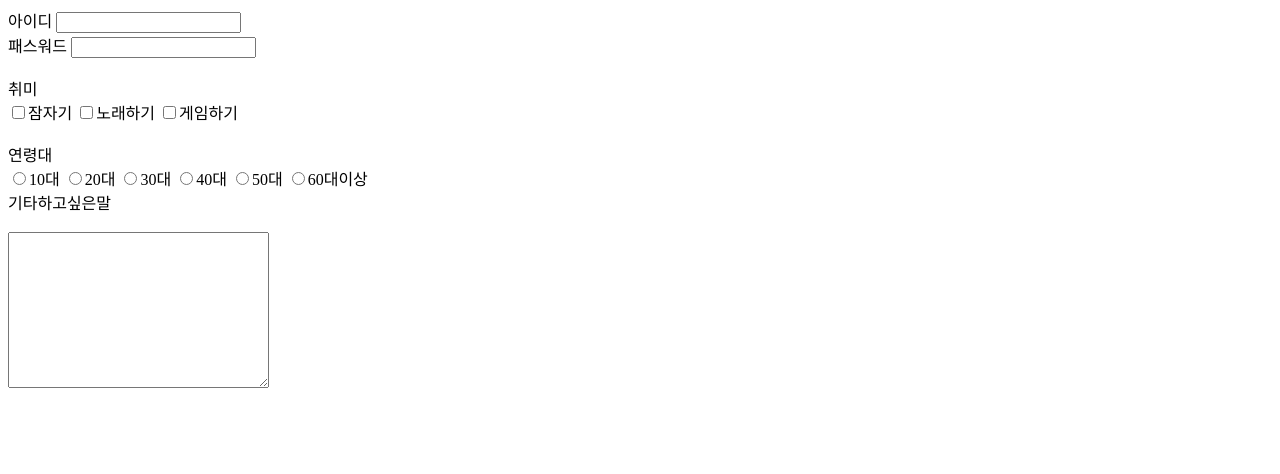
Repository: jeongho97/JSP
Page: http://localhost/JSP/insert.jsp
The author's editor kept a copy of each file at every save. The page is drawn from the files as they stood at one save, then again after the next save.
The browser window is 1280 px wide. The pictures show the whole page.
The page is served by Tomcat 9.

Above is the page before, as saved 2022-05-17 03:19:44.

After the next save:
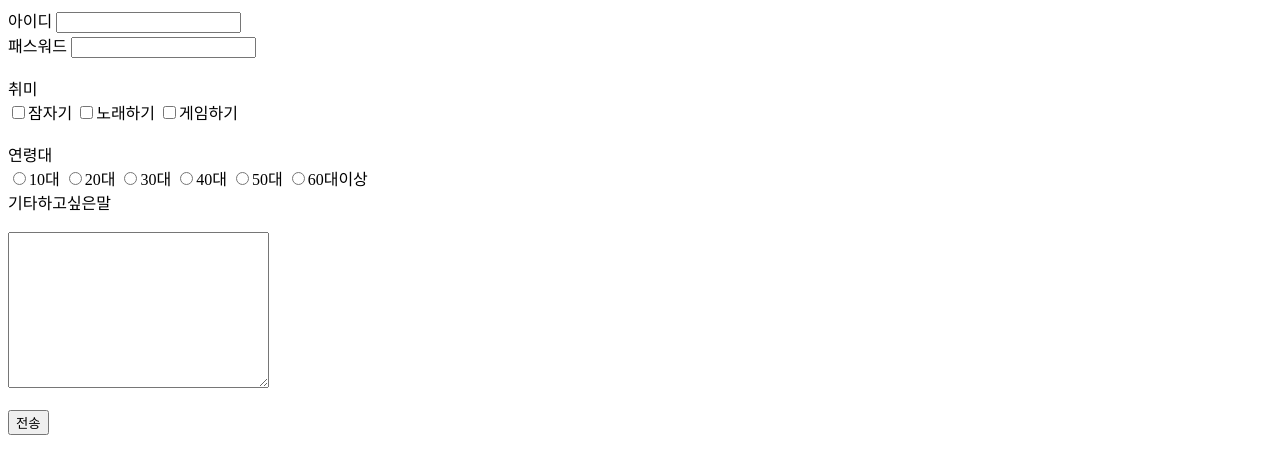
Saved 18 s later.
--- a/JSP/WebContent/insert.jsp
+++ b/JSP/WebContent/insert.jsp
@@ -30,7 +30,8 @@
 기타하고싶은말
 <br><br>
 <textarea rows="10" cols="30" name="writer"></textarea>
-<br>
+<br><br>
+<input type="submit" value="전송">
 </form>
 </body>
 </html>
